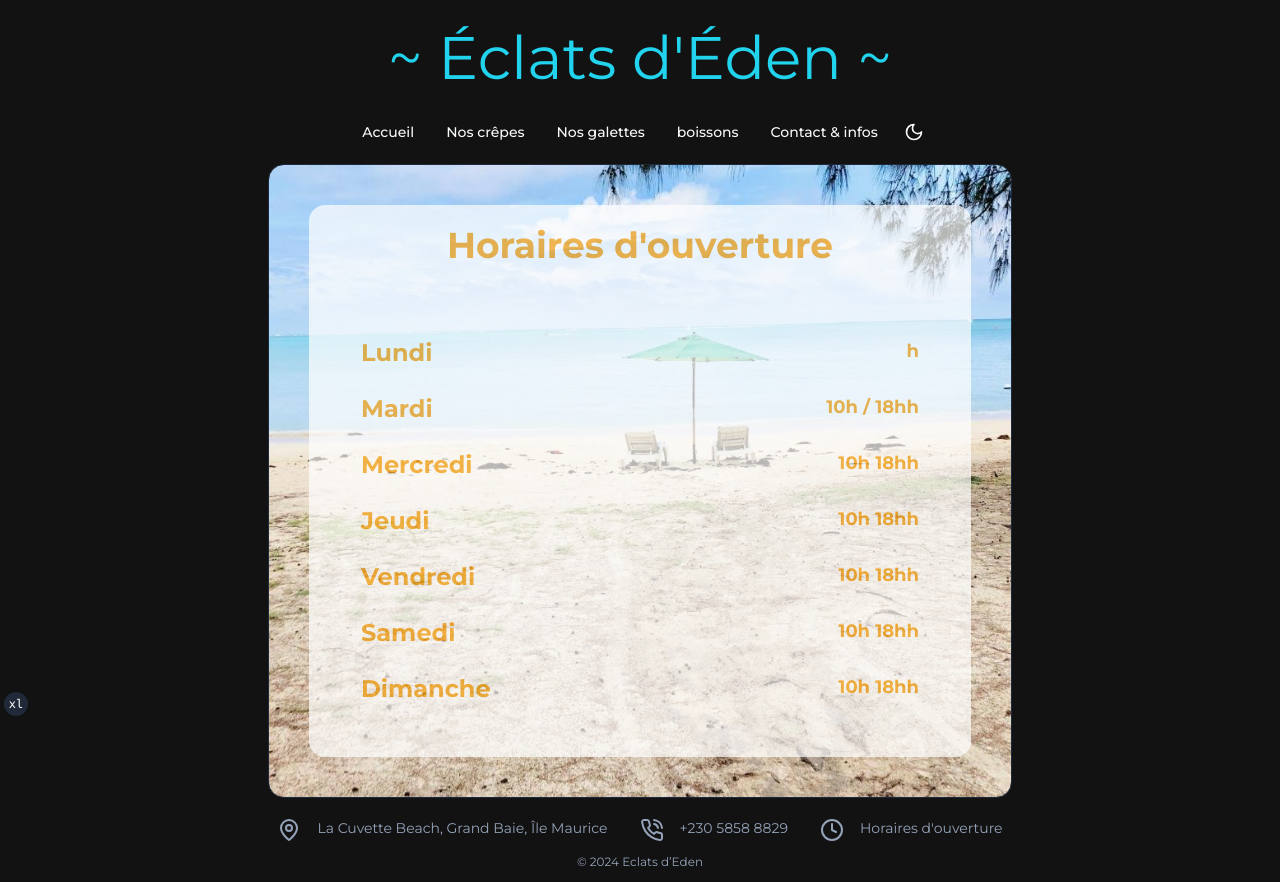
Repository: jeffMauritius/eclats-deden
Page: /schedule
These files come from the project's save history. The page is drawn as it stood at one moment and after the next save; the edit follows.
The browser window is 1280 px wide. The pictures show the whole page.
The project was rebuilt for these pictures with package versions that can differ from the ones it lists, and the page was loaded fresh each time. The framework's server and built-in components were replaced by stand-ins that run in the browser. Also part of the build but not shown: next.config.mjs.

Above is the page before, as saved 2024-09-22 21:40:22.

### app/layout.tsx
// app/layout.
import { Header } from "@/components/layout/Header"
import { TailwindIndicator } from "@/components/TailwindIndicator"
import { SiteConfig } from "@/lib/config"
import { Montserrat } from "next/font/google"
import { cn } from "@/lib/utils"
import type { Metadata } from "next"
import { PropsWithChildren } from "react"
import { Providers } from "./Providers"
import "./globals.css"
import { Title } from "@/components/layout/Title"
import { Footer } from "@/components/layout/Footer"

const montserratFont = Montserrat({
  weight: ["300", "400", "500", "700"],
  subsets: ["latin"],
  display: "swap",
  fallback: ["Arial", "sans-serif"],
})

export const metadata: Metadata = {
  title: SiteConfig.title,
  description: SiteConfig.description,
}

export default function RootLayout({ children }: PropsWithChildren) {
  return (
    <html
      lang="en"
      className={`${montserratFont.className} h-full`}
      suppressHydrationWarning
    >
      <head />

      <body
        className={cn(`flex flex-col h-screen bg-background antialiased p-5`)}
      >
        <Providers>
          <div className="relative flex flex-col">
            <Title title="Éclats d'Éden" />
            <div>
              <Header />
            </div>
            {children}
            <div className="mt-5 md:col-span-3">
              <Footer />
            </div>
          </div>
          <TailwindIndicator />
        </Providers>
      </body>
    </html>
  )
}

### app/schedule/page.tsx
import NavigationMenuMobileComponent from "@/components/layout/NavigationMenuMobile"
import ScheduleComponent from "@/components/scheduleComponent"

const SchedulePage = () => {
  return (
    <div>
      <NavigationMenuMobileComponent />
      <div className="flex justify-center">
        <div className="m-auto  rounded-2xl border bg-[url('/plage3.jpg')] bg-cover md:w-3/5 ">
          <div className="m-10 h-full rounded-2xl  bg-white opacity-70 ">
            <h1 className="p-5 text-center font-display text-4xl font-bold text-amber-500">
              {"Horaires d'ouverture"}
            </h1>
            <ScheduleComponent />
          </div>
        </div>
      </div>
    </div>
  )
}

export default SchedulePage

### src/components/layout/Header.tsx
"use client"

import { ThemeToggle } from "../ThemeToggle"
import NavigationMenuComponent from "./NavigationMenu"

export function Header() {
  return (
    <header className=" z-30 w-full">
      <div className=" container flex  flex-col  items-center space-x-4 pt-3 sm:justify-between sm:space-x-0">
        <div className="flex flex-auto justify-center py-3">
          <NavigationMenuComponent />
          <ThemeToggle />
        </div>
      </div>
    </header>
  )
}

### src/lib/config.ts
export const SiteConfig = {
  title: "Camille snack",
  description: "La Cuvette Beach, Grand Baie, Île Maurice",
} as const

### app/Providers.tsx
"use client"

import { SessionProvider } from "next-auth/react"
import { ThemeProvider } from "next-themes"
import { PropsWithChildren } from "react"
import { Toaster } from "react-hot-toast"

export const Providers = ({ children }: PropsWithChildren) => {
  return (
    <>
      <ThemeProvider attribute="class" defaultTheme="dark" enableSystem>
        <Toaster />
        <SessionProvider>{children}</SessionProvider>
      </ThemeProvider>
    </>
  )
}

### app/globals.css

@tailwind base;
  @tailwind components;
  @tailwind utilities;

  @layer base {
    :root {
      --background: 0 0% 100%;
      --foreground: 222.2 84% 4.9%;

      --card: 0 0% 100%;
      --card-foreground: 222.2 84% 4.9%;

      --popover: 0 0% 100%;
      --popover-foreground: 222.2 84% 4.9%;

      --primary: 222.2 47.4% 11.2%;
      --primary-foreground: 210 40% 98%;

      --secondary: 210 40% 96.1%;
      --secondary-foreground: 222.2 47.4% 11.2%;

      --muted: 210 40% 96.1%;
      --muted-foreground: 215.4 16.3% 46.9%;

      --accent: 210 40% 96.1%;
      --accent-foreground: 222.2 47.4% 11.2%;

      --destructive: 0 84.2% 60.2%;
      --destructive-foreground: 210 40% 98%;

      --border: 214.3 31.8% 91.4%;
      --input: 214.3 31.8% 91.4%;
      --ring: 222.2 84% 4.9%;

      --radius: 0.5rem;
    }

    .dark {
      --background: rgb(10, 11, 10);
      --foreground: 210 40% 98%;

      --card: rgb(10, 11, 10);
      --card-foreground: 210 40% 98%;

      --popover: 222.2 84% 4.9%;
      --popover-foreground: 210 40% 98%;

      --primary: 210 40% 98%;
      --primary-foreground: 222.2 47.4% 11.2%;

      --secondary: 217.2 32.6% 17.5%;
      --secondary-foreground: 210 40% 98%;

      --muted: 217.2 32.6% 17.5%;
      --muted-foreground: 215 20.2% 65.1%;

      --accent: 217.2 32.6% 17.5%;
      --accent-foreground: 210 40% 98%;

      --destructive: 0 62.8% 30.6%;
      --destructive-foreground: 210 40% 98%;

      --border: 217.2 32.6% 17.5%;
      --input: 217.2 32.6% 17.5%;
      --ring: 212.7 26.8% 83.9%;
    }
  }

  @layer base {
    * {
      @apply border-border;
    }
    body {
      @apply bg-background text-foreground;
    }
  }

### src/components/layout/Title.tsx
interface TitleProps {
  title: string
}

export function Title({ title }: TitleProps) {
  return (
    <div className="flex flex-auto justify-center ">
      <h1 className={`pt-2  text-4xl  text-cyan-400 md:text-6xl`}>
        {" "}
        {`~ ${title} ~`}
      </h1>
    </div>
  )
}

### src/components/layout/Footer.tsx
import Link from "next/link"
import { Typography } from "../ui/typography"
import { MapPin } from "lucide-react"
import { PhoneCall } from "lucide-react"
import { Clock } from "lucide-react"

export const Footer = () => {
  return (
    <footer className="w-6/8 z-40 border-card bg-background">
      <div className="m-auto w-full max-w-4xl px-2 ">
        <div className="flex w-full items-center justify-center">
          <div className="flex gap-8 text-sm text-muted-foreground">
            <Link className="flex hover:underline md:gap-4" href="/location">
              <MapPin />
              <p className="hidden md:block">
                La Cuvette Beach, Grand Baie, Île Maurice
              </p>
            </Link>
            <Link className="flex hover:underline md:gap-4" href="/legal/cgv">
              <PhoneCall />
              <p className="hidden md:block">+230 5858 8829</p>
            </Link>
            <Link className="flex hover:underline md:gap-4" href="/schedule">
              <Clock />
              <p className="hidden md:block">{`Horaires d'ouverture`}</p>
            </Link>
          </div>
        </div>
        <div className="flex w-full items-center justify-center py-3">
          <Typography variant="base" className="text-xs text-muted-foreground">
            &copy; {new Date().getFullYear()} Eclats d&rsquo;Eden
          </Typography>
        </div>
      </div>
    </footer>
  )
}

### src/components/layout/NavigationMenuMobile.tsx
"use client"

import {
  NavigationMenu,
  NavigationMenuLink,
  navigationMenuTriggerStyle,
} from "@/components/ui/navigation-menu"
import { navigationDataMobile } from "./navigationData"
import { useClientMediaQuery } from "@/lib/isMobileDevice"

const NavigationMenuMobileComponent = () => {
  const isMobile = useClientMediaQuery("(max-width: 600px)")
  return (
    <NavigationMenu>
      {isMobile &&
        navigationDataMobile.map((item, index) => (
          <NavigationMenuLink
            className={navigationMenuTriggerStyle()}
            key={index}
            href={item.link}
          >
            {item.title}
          </NavigationMenuLink>
        ))}
    </NavigationMenu>
  )
}

export default NavigationMenuMobileComponent

### src/components/scheduleComponent.tsx
import { ScheduleData } from "./data"

type Schedule = {
  id: number
  day: string
  start: string
  end: string
}

const ScheduleComponent = () => {
  return (
    <div>
      <div className="rounded p-5  font-extrabold text-amber-500 md:p-10">
        {ScheduleData.map((schedule: Schedule) => (
          <div
            key={schedule.id}
            className="font-display flex justify-between  p-3 text-2xl"
          >
            <div>{schedule.day}</div>
            <div className="font-body text-lg">
              {schedule.start} {schedule.end}h
            </div>
          </div>
        ))}
      </div>
    </div>
  )
}

export default ScheduleComponent

### src/components/ThemeToggle.tsx
"use client"

import { Button } from "@/components/ui/button"
import { Moon, Sun } from "lucide-react"
import { useTheme } from "next-themes"

export function ThemeToggle() {
  const { setTheme, theme } = useTheme()

  return (
    <Button
      variant="ghost"
      size="icon"
      onClick={() => setTheme(theme === "light" ? "dark" : "light")}
    >
      <Sun className="h-6 w-[1.3rem] dark:hidden" />
      <Moon className="hidden size-5 dark:block" />
      <span className="sr-only">Toggle theme</span>
    </Button>
  )
}

### src/components/layout/NavigationMenu.tsx
"use client"

import {
  NavigationMenu,
  NavigationMenuLink,
  navigationMenuTriggerStyle,
} from "@/components/ui/navigation-menu"
import { navigationData } from "./navigationData"
import { useClientMediaQuery } from "@/lib/isMobileDevice"

const NavigationMenuComponent = () => {
  const isMobile = useClientMediaQuery("(max-width: 600px)")
  return (
    <NavigationMenu>
      {!isMobile &&
        navigationData.map((item, index) => (
          <NavigationMenuLink
            className={navigationMenuTriggerStyle()}
            key={index}
            href={item.link}
          >
            {item.title}
          </NavigationMenuLink>
        ))}
    </NavigationMenu>
  )
}

export default NavigationMenuComponent

### src/components/ui/typography.tsx
// src/components/ui/Typography.
import { VariantProps, cva } from "class-variance-authority"
import type {
  ComponentPropsWithoutRef,
  ElementType,
  PropsWithChildren,
} from "react"
import { cn } from "../../lib/utils"

type PolymorphicAsProp<E extends ElementType> = {
  as?:
    | E
    | React.ComponentType<Omit<ComponentPropsWithoutRef<E>, "as">>
    | React.FunctionComponent<Omit<ComponentPropsWithoutRef<E>, "as">>
}

type PolymorphicProps<E extends ElementType> = PropsWithChildren<
  Omit<ComponentPropsWithoutRef<E>, "as"> & PolymorphicAsProp<E>
>

const typographyVariants = cva("", {
  variants: {
    variant: {
      h1: "font-caption scroll-m-20 text-4xl font-extrabold tracking-tight lg:text-5xl",
      h2: "font-caption scroll-m-20 border-b pb-2 text-3xl font-semibold tracking-tight transition-colors first:mt-0",
      h3: "font-caption scroll-m-20 text-xl font-semibold tracking-tight",
      p: "leading-7 [&:not(:first-child)]:mt-6",
      base: "",
      quote: "mt-6 border-l-2 pl-6 italic",
      code: "relative rounded bg-muted px-[0.3rem] py-[0.2rem] font-mono text-sm font-semibold",
      lead: "text-xl text-muted-foreground",
      large: "text-lg font-semibold",
      small: "text-sm font-medium leading-none",
      muted: "text-sm text-muted-foreground",
      link: "font-medium text-indigo-500 hover:underline",
    },
  },
  defaultVariants: {
    variant: "base",
  },
})
type TypographyCvaProps = VariantProps<typeof typographyVariants>

const defaultElement = "p"

const defaultElementMapping: Record<
  NonNullable<TypographyCvaProps["variant"]>,
  ElementType
> = {
  h1: "h1",
  h2: "h2",
  h3: "h3",
  p: "p",
  quote: "blockquote" as "p",
  code: "code",
  lead: "p",
  large: "p",
  small: "p",
  muted: "p",
  link: "a",
  base: "p",
} as const

const getDefaultElement = (variant: TypographyCvaProps["variant"]) => {}

export function Typography<E extends ElementType = typeof defaultElement>({
  as,
  children,
  className,
  variant,
  ...restProps
}: PolymorphicProps<E> & TypographyCvaProps) {
  const Component: ElementType =
    as ?? defaultElementMapping[variant ?? "base"] ?? defaultElement

  return (
    <Component
      {...(restProps as ComponentPropsWithoutRef<E>)}
      className={cn(typographyVariants({ variant }), className)}
    >
      {children}
    </Component>
  )
}

### src/components/ui/navigation-menu.tsx
import * as React from "react"
import * as NavigationMenuPrimitive from "@radix-ui/react-navigation-menu"
import { cva } from "class-variance-authority"
import { ChevronDown } from "lucide-react"

import { cn } from "@/lib/utils"

const NavigationMenu = React.forwardRef<
  React.ElementRef<typeof NavigationMenuPrimitive.Root>,
  React.ComponentPropsWithoutRef<typeof NavigationMenuPrimitive.Root>
>(({ className, children, ...props }, ref) => (
  <NavigationMenuPrimitive.Root
    ref={ref}
    className={cn(
      "relative z-10 flex max-w-max flex-1 items-center justify-center",
      className,
    )}
    {...props}
  >
    {children}
    <NavigationMenuViewport />
  </NavigationMenuPrimitive.Root>
))
NavigationMenu.displayName = NavigationMenuPrimitive.Root.displayName

const NavigationMenuList = React.forwardRef<
  React.ElementRef<typeof NavigationMenuPrimitive.List>,
  React.ComponentPropsWithoutRef<typeof NavigationMenuPrimitive.List>
>(({ className, ...props }, ref) => (
  <NavigationMenuPrimitive.List
    ref={ref}
    className={cn(
      "group flex flex-1 list-none items-center justify-center space-x-1",
      className,
    )}
    {...props}
  />
))
NavigationMenuList.displayName = NavigationMenuPrimitive.List.displayName

const NavigationMenuItem = NavigationMenuPrimitive.Item

const navigationMenuTriggerStyle = cva(
  "group inline-flex h-10 w-max items-center justify-center rounded-md bg-background px-4 py-2 text-sm font-medium transition-colors hover:bg-accent hover:text-accent-foreground focus:bg-accent focus:text-accent-foreground focus:outline-none disabled:pointer-events-none disabled:opacity-50 data-[active]:bg-accent/50 data-[state=open]:bg-accent/50",
)

const NavigationMenuTrigger = React.forwardRef<
  React.ElementRef<typeof NavigationMenuPrimitive.Trigger>,
  React.ComponentPropsWithoutRef<typeof NavigationMenuPrimitive.Trigger>
>(({ className, children, ...props }, ref) => (
  <NavigationMenuPrimitive.Trigger
    ref={ref}
    className={cn(navigationMenuTriggerStyle(), "group", className)}
    {...props}
  >
    {children}{" "}
    <ChevronDown
      className="relative top-px ml-1 size-3 transition duration-200 group-data-[state=open]:rotate-180"
      aria-hidden="true"
    />
  </NavigationMenuPrimitive.Trigger>
))
NavigationMenuTrigger.displayName = NavigationMenuPrimitive.Trigger.displayName

const NavigationMenuContent = React.forwardRef<
  React.ElementRef<typeof NavigationMenuPrimitive.Content>,
  React.ComponentPropsWithoutRef<typeof NavigationMenuPrimitive.Content>
>(({ className, ...props }, ref) => (
  <NavigationMenuPrimitive.Content
    ref={ref}
    className={cn(
      "left-0 top-0 w-full data-[motion^=from-]:animate-in data-[motion^=to-]:animate-out data-[motion^=from-]:fade-in data-[motion^=to-]:fade-out data-[motion=from-end]:slide-in-from-right-52 data-[motion=from-start]:slide-in-from-left-52 data-[motion=to-end]:slide-out-to-right-52 data-[motion=to-start]:slide-out-to-left-52 md:absolute md:w-auto ",
      className,
    )}
    {...props}
  />
))
NavigationMenuContent.displayName = NavigationMenuPrimitive.Content.displayName

const NavigationMenuLink = NavigationMenuPrimitive.Link

const NavigationMenuViewport = React.forwardRef<
  React.ElementRef<typeof NavigationMenuPrimitive.Viewport>,
  React.ComponentPropsWithoutRef<typeof NavigationMenuPrimitive.Viewport>
>(({ className, ...props }, ref) => (
  <div className={cn("absolute left-0 top-full flex justify-center")}>
    <NavigationMenuPrimitive.Viewport
      className={cn(
        "origin-top-center relative mt-1.5 h-[var(--radix-navigation-menu-viewport-height)] w-full overflow-hidden rounded-md border bg-popover text-popover-foreground shadow-lg data-[state=open]:animate-in data-[state=closed]:animate-out data-[state=closed]:zoom-out-95 data-[state=open]:zoom-in-90 md:w-[var(--radix-navigation-menu-viewport-width)]",
        className,
      )}
      ref={ref}
      {...props}
    />
  </div>
))
NavigationMenuViewport.displayName =
  NavigationMenuPrimitive.Viewport.displayName

const NavigationMenuIndicator = React.forwardRef<
  React.ElementRef<typeof NavigationMenuPrimitive.Indicator>,
  React.ComponentPropsWithoutRef<typeof NavigationMenuPrimitive.Indicator>
>(({ className, ...props }, ref) => (
  <NavigationMenuPrimitive.Indicator
    ref={ref}
    className={cn(
      "top-full z-[1] flex h-1.5 items-end justify-center overflow-hidden data-[state=visible]:animate-in data-[state=hidden]:animate-out data-[state=hidden]:fade-out data-[state=visible]:fade-in",
      className,
    )}
    {...props}
  >
    <div className="relative top-[60%] size-2 rotate-45 rounded-tl-sm bg-border shadow-md" />
  </NavigationMenuPrimitive.Indicator>
))
NavigationMenuIndicator.displayName =
  NavigationMenuPrimitive.Indicator.displayName

export {
  navigationMenuTriggerStyle,
  NavigationMenu,
  NavigationMenuList,
  NavigationMenuItem,
  NavigationMenuContent,
  NavigationMenuTrigger,
  NavigationMenuLink,
  NavigationMenuIndicator,
  NavigationMenuViewport,
}

### src/components/layout/navigationData.ts
export const navigationData = [
    {
        title: "Accueil",
        link: "/",
    },
    {
        title: "Nos crêpes",
        link: "/crepes",
    },
    {
        title: "Nos galettes",
        link: "/galettes",
    },
    /*
    {
        title: "Snack",
        link: "/snack",
    },
    */
    {
        title: "boissons",
        link: "/boissons",
    },
    {
        title: "Contact & infos",
        link: "/location",
    },

]

export const navigationDataMobile = [
    {
        title: "Accueil",
        link: "/",
    },
    {
        title: "Horaires",
        link: "/schedule",
    },
    {
        title: "infos",
        link: "/location",
    },

]

### src/lib/isMobileDevice.ts
'use client'

import { useEffect, useState } from 'react'

export function useClientMediaQuery(query: string) {
  const [matches, setMatches] = useState(false)

  useEffect(() => {
    const mediaQueryList = window.matchMedia(query)

    const handleMatchChange = (e: MediaQueryListEvent) => {
      setMatches(e.matches)
    }

    mediaQueryList.addEventListener('change', handleMatchChange)
    setMatches(mediaQueryList.matches)

    return () => {
      mediaQueryList.removeEventListener('change', handleMatchChange)
    }
  }, [query])

  return matches
}

### src/components/data.js
export const ScheduleData = [
    {
        id: 1,
        day: "Lundi",
        start: "",
        end:"" ,
    },
    {
        id: 2,
        day: "Mardi",
        start: "10h / ",
        end: "18h",
    },
    {
        id: 3,
        day: "Mercredi",
        start: "10h",
        end: "18h",
    },
    {
        id: 4,
        day: "Jeudi",
        start: "10h",
        end: "18h",
    },
    {
        id: 5,
        day: "Vendredi",
        start: "10h",
        end: "18h",
    },
    {
        id: 6,
        day: "Samedi",
        start: "10h",
        end: "18h",
    },
    {
        id: 7,
        day: "Dimanche",
        start: "10h",
        end: "18h",
    },
    ];

### src/components/ui/button.tsx
import * as React from "react"
import { Slot } from "@radix-ui/react-slot"
import { cva, type VariantProps } from "class-variance-authority"

import { cn } from "@/lib/utils"

const buttonVariants = cva(
  "inline-flex items-center justify-center whitespace-nowrap rounded-md text-sm font-medium ring-offset-background transition-colors focus-visible:outline-none focus-visible:ring-2 focus-visible:ring-ring focus-visible:ring-offset-2 disabled:pointer-events-none disabled:opacity-50",
  {
    variants: {
      variant: {
        default: "bg-primary text-primary-foreground hover:bg-primary/90",
        destructive:
          "bg-destructive text-destructive-foreground hover:bg-destructive/90",
        outline:
          "border border-input bg-background hover:bg-accent hover:text-accent-foreground",
        secondary:
          "bg-secondary text-secondary-foreground hover:bg-secondary/80",
        ghost: "hover:bg-accent hover:text-accent-foreground",
        link: "text-primary underline-offset-4 hover:underline",
      },
      size: {
        default: "h-10 px-4 py-2",
        sm: "h-9 rounded-md px-3",
        lg: "h-11 rounded-md px-8",
        icon: "size-10",
      },
    },
    defaultVariants: {
      variant: "default",
      size: "default",
    },
  },
)

export interface ButtonProps
  extends React.ButtonHTMLAttributes<HTMLButtonElement>,
    VariantProps<typeof buttonVariants> {
  asChild?: boolean
}

const Button = React.forwardRef<HTMLButtonElement, ButtonProps>(
  ({ className, variant, size, asChild = false, ...props }, ref) => {
    const Comp = asChild ? Slot : "button"
    return (
      <Comp
        className={cn(buttonVariants({ variant, size, className }))}
        ref={ref}
        {...props}
      />
    )
  },
)
Button.displayName = "Button"

export { Button, buttonVariants }

Loaded but not shown: src/components/TailwindIndicator.tsx (common file); src/lib/utils.ts (common file); tailwind.config.ts (common file)

After the next save:
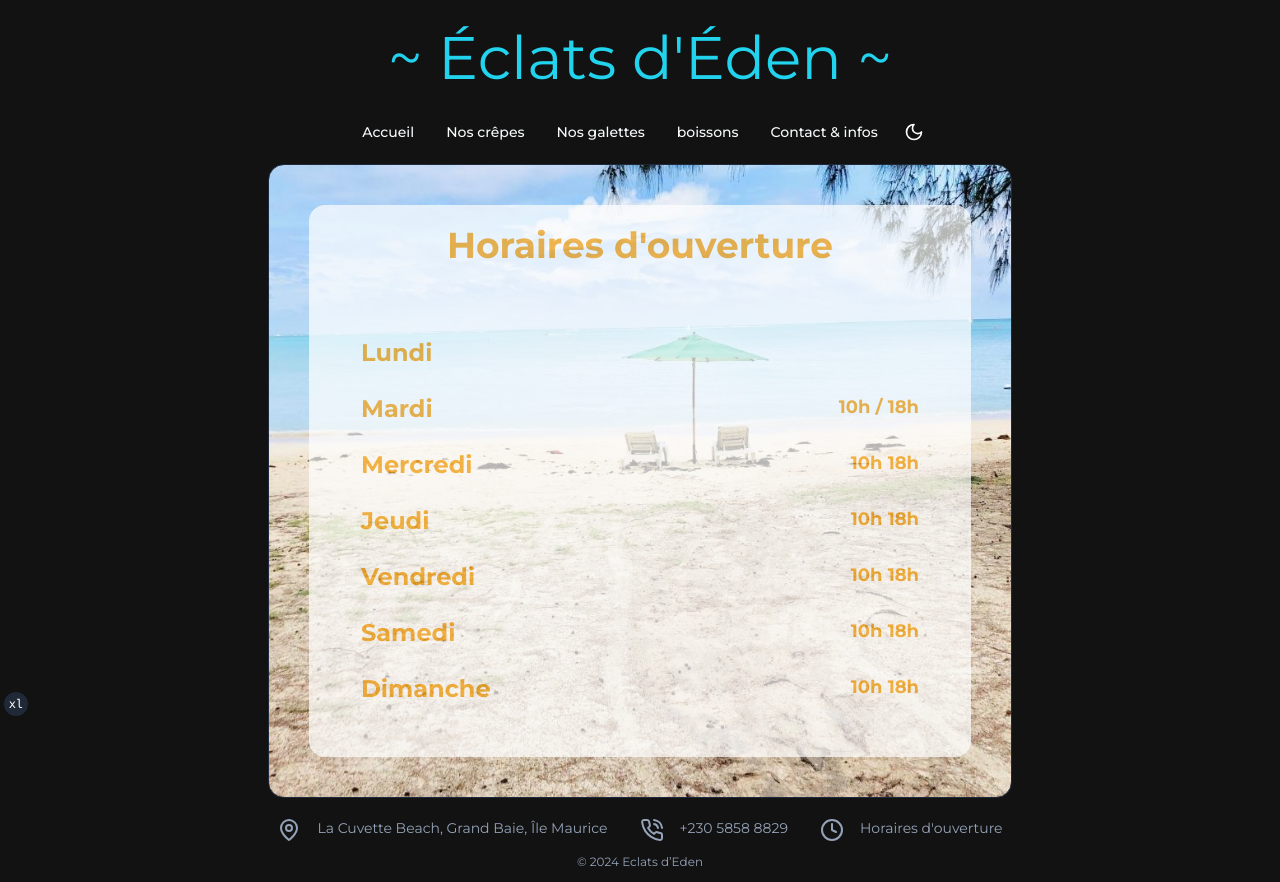
Saved 15 s later.
--- a/src/components/scheduleComponent.tsx
+++ b/src/components/scheduleComponent.tsx
@@ -18,7 +18,7 @@ const ScheduleComponent = () => {
           >
             <div>{schedule.day}</div>
             <div className="font-body text-lg">
-              {schedule.start} {schedule.end}h
+              {schedule.start} {schedule.end}
             </div>
           </div>
         ))}
